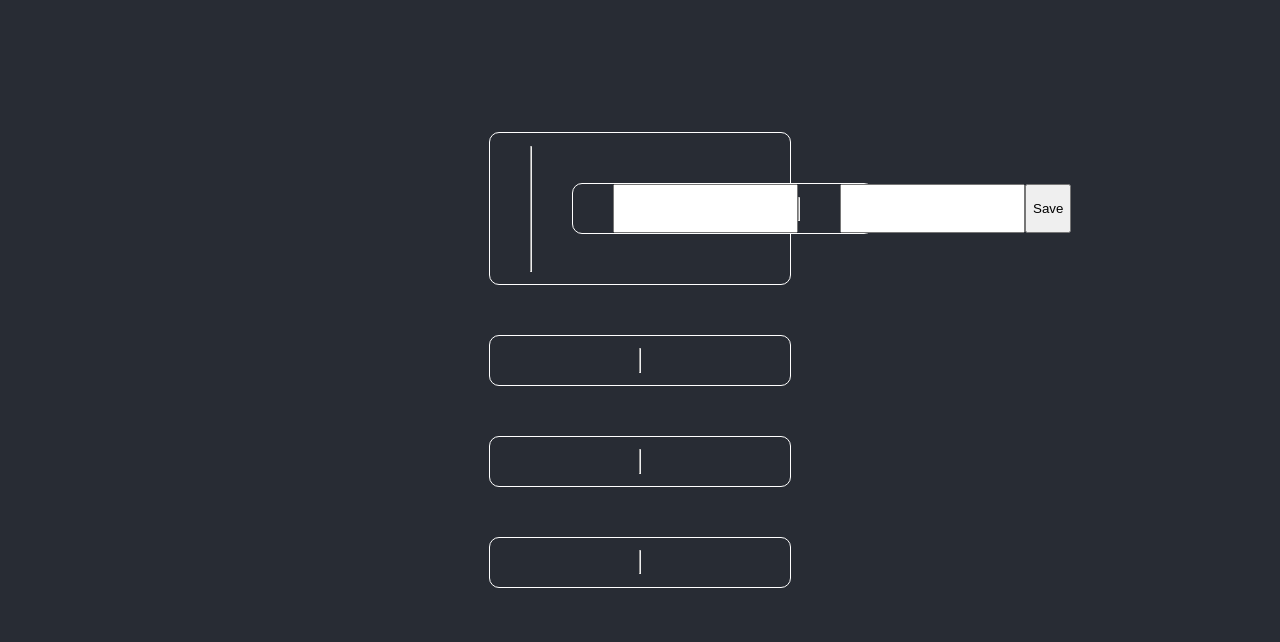
Repository: bandikost/capers
Page: /main
An editor plug-in stored every save of this project. The page is shown before and after the next save, followed by the edit.
The browser window is 1280 px wide. The pictures show the whole page.
The page's requests for data from a server got no answer. The project was rebuilt for these pictures with package versions that can differ from the ones it lists, and the page was loaded fresh each time. No one was signed in, and anything a server would have sent is missing.

Above is the page before, as saved 2023-04-10 12:30:41.

### src/App.js
import logo from './logo.svg';
import './App.css';
import { BrowserRouter, Routes, Route } from "react-router-dom";
import Main from './components/Main';


function App() {
  return (
    <div className="App">
      <header className="App-header">
      <BrowserRouter >
        <Routes>
            <Route path='/main' element={<Main />}/>
        </Routes>
      </BrowserRouter>
      </header>
    </div>
  );
}

export default App;

### src/App.css
.App {
  text-align: center;
}

.App-logo {
  height: 40vmin;
  pointer-events: none;
}


.App-header {
  background-color: #282c34;
  min-height: 100vh;
  display: flex;
  flex-direction: column;
  align-items: center;
  justify-content: center;
  font-size: calc(10px + 2vmin);
  color: white;
}

.App-link {
  color: #61dafb;
}


.table {
  height: auto;
  margin: 0 auto 0;
}

.cell {
  border: 1px solid white;
  border-radius: 10px;
  width: 300px;
  margin: 50px 0px;
  display: flex;
  justify-content: space-between;
}

.cell p {
  padding: 0 20px;
}

### src/components/Main.jsx
import React, { useState, useEffect } from "react";
import firebase from "../firebase";
import UserEditForm from "./UserEditForm";

export const Main = () => {
  const [name, setName] = useState({});
  const [balance, setbalance] = useState({});

  useEffect(() => {
    const balanceRef = firebase.database().ref("balance");
    balanceRef.on("value", (snapshot) => {
      const data = snapshot.val();
      setbalance(data);
    });

    const nameRef = firebase.database().ref("name");
    nameRef.on("value", (snapshot) => {
      const data = snapshot.val();
      setName(data);
    });
  }, []);

  const getHighestBalanceUser = () => {
    const users = Object.keys(balance);
    let highestBalance = -Infinity;
    let highestBalanceUser = "";
    users.forEach((user) => {
      if (balance[user] > highestBalance) {
        highestBalance = balance[user];
        highestBalanceUser = user;
      }
    });
    return highestBalanceUser;
  };

  return (
    <div className="table">
      <div className="cell">
        <p>{name.user1}</p>
        <hr />
        <p>{balance.user1}</p>
        <UserEditForm userId="user1" name={name.user1} balance={balance.user1} />
      </div>
      <div className="cell">
        <p>{name.user2}</p>
        <hr />
        <p>{balance.user2}</p>
      </div>
      <div className="cell">
        <p>{name.user3}</p>
        <hr />
        <p>{balance.user3}</p>
      </div>
      <div className="cell">
        <p>{name.user4}</p>
        <hr />
        <p>{balance.user4}</p>

        </div>
        </div>

  )
}
  export default Main;

### src/firebase.js

import "firebase/database";
import firebase from "firebase/compat/app";
import "firebase/compat/database";
import { getAuth } from "firebase/auth";
import { getFirestore } from "firebase/firestore";
import { getStorage, ref } from "firebase/storage";


const firebaseConfig = {
    apiKey: "AIzaSyBp1x8lQCSbuPwbK_sXJ7eGkGpN9c7ONY8",
    authDomain: "capers-a3171.firebaseapp.com",
    databaseURL: "https://capers-a3171-default-rtdb.europe-west1.firebasedatabase.app",
    projectId: "capers-a3171",
    storageBucket: "capers-a3171.appspot.com",
    messagingSenderId: "794243042023",
    appId: "1:794243042023:web:668504b8bdcbe9b7c63042",
    measurementId: "G-7YW48MQCSP"
  };

firebase.initializeApp(firebaseConfig);

export const auth = getAuth();
export const storage = getStorage()
export const db = getFirestore();
export default firebase;

### src/components/UserEditForm.js
import React, { useState } from "react";

const UserInput = ({ user, name, balance, onChange }) => {
  const [inputName, setInputName] = useState(name);
  const [inputBalance, setInputBalance] = useState(balance);

  const handleNameChange = (e) => {
    setInputName(e.target.value);
  };

  const handleBalanceChange = (e) => {
    setInputBalance(e.target.value);
  };

  return (
    <div className="cell">
      <p>{inputName}</p>
      <input type="text" value={inputName} onChange={handleNameChange} />
      <hr />
      <p>{inputBalance}</p>
      <input type="number" value={inputBalance} onChange={handleBalanceChange} />
      <button onClick={() => onChange(user, inputName, inputBalance)}>Save</button>
    </div>
  );
};

export default UserInput;

Loaded but not shown: public/index.html (common file); src/index.js (common file); src/index.css (common file); src/reportWebVitals.js (common file)

After the next save:
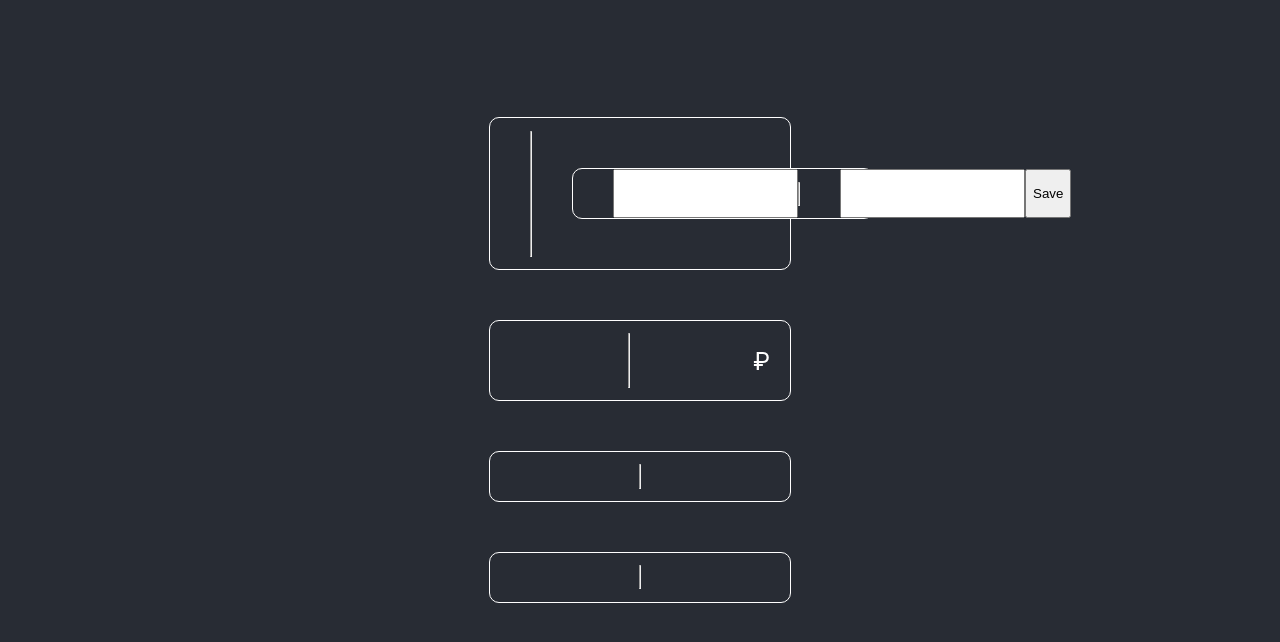
Saved 43 s later.
--- a/src/components/Main.jsx
+++ b/src/components/Main.jsx
@@ -44,7 +44,7 @@ export const Main = () => {
       <div className="cell">
         <p>{name.user2}</p>
         <hr />
-        <p>{balance.user2}</p>
+        <p>{balance.user2}<span style={{marginLeft: "5px"}}>₽</span></p>
       </div>
       <div className="cell">
         <p>{name.user3}</p>
